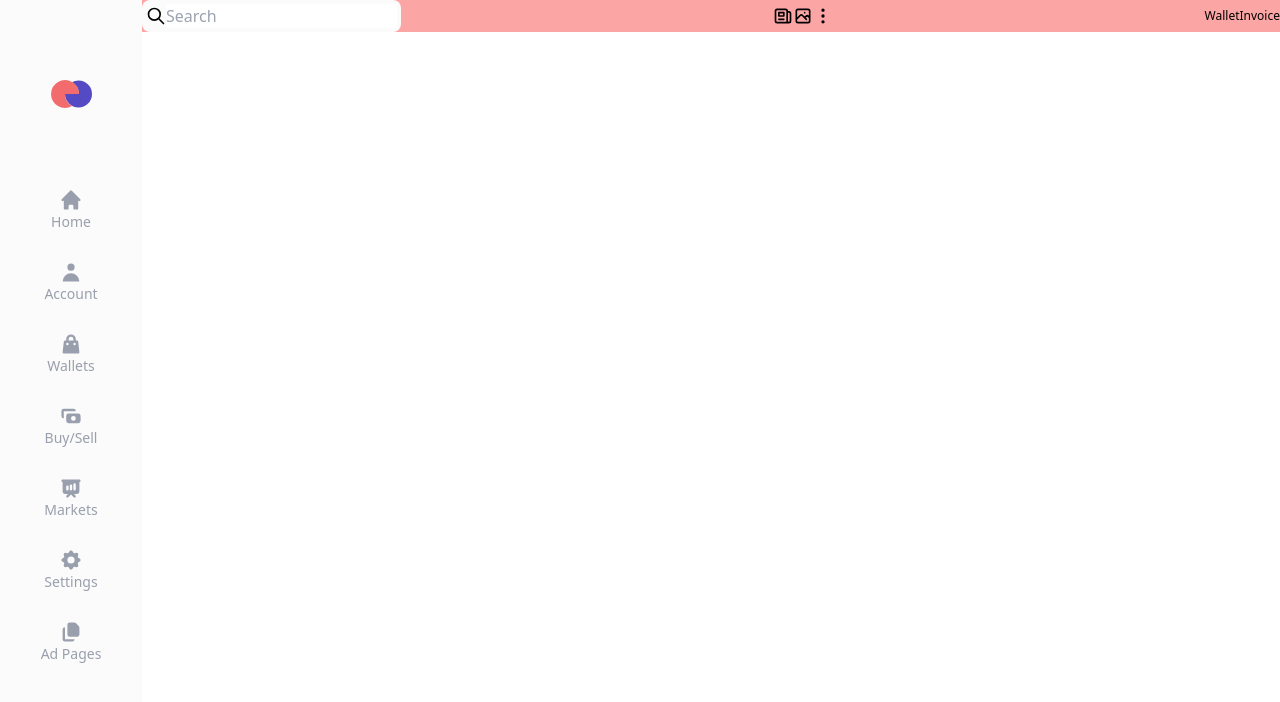
Repository: almaqdad55/crypto-app-nextjs
Page: /
These files come from the project's save history. The page is drawn as it stood at one moment and after the next save; the edit follows.
The browser window is 1280 px wide. The pictures show the whole page.
The project was rebuilt for these pictures with package versions that can differ from the ones it lists, and the page was loaded fresh each time. The framework's server and built-in components were replaced by stand-ins that run in the browser.

Above is the page before, as saved 2022-01-04 20:05:12.

After the next save:
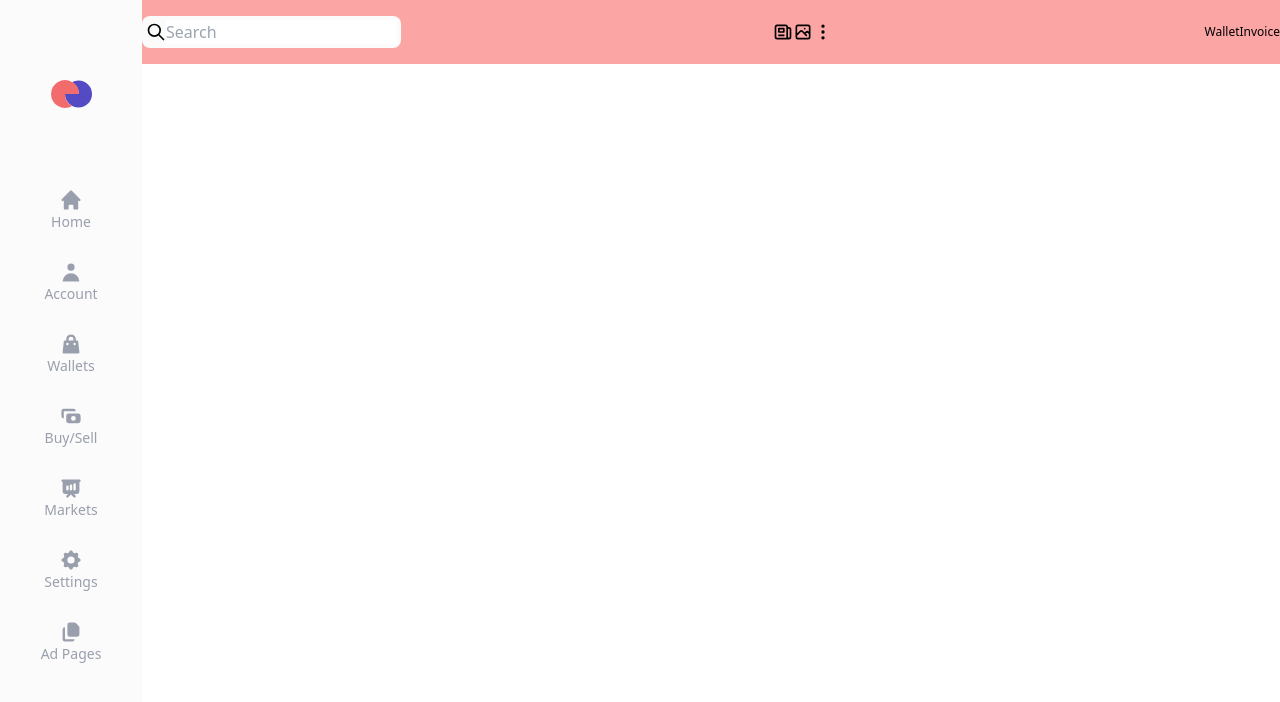
Saved 25 s later.
--- a/components/Feed.jsx
+++ b/components/Feed.jsx
@@ -9,7 +9,7 @@ import {
 const Feed = () => {
   return (
     <div className=" flex-grow  ">
-      <div className="flex items-center bg-red-300 justify-between">
+      <div className="flex items-center bg-red-300 justify-between py-4">
         <div className="flex items-center bg-[#fbfbfb] rounded-lg p-1">
           <SearchIcon className="h-5" />
           <input type="text" placeholder={`Search`} className="outline-none" />
